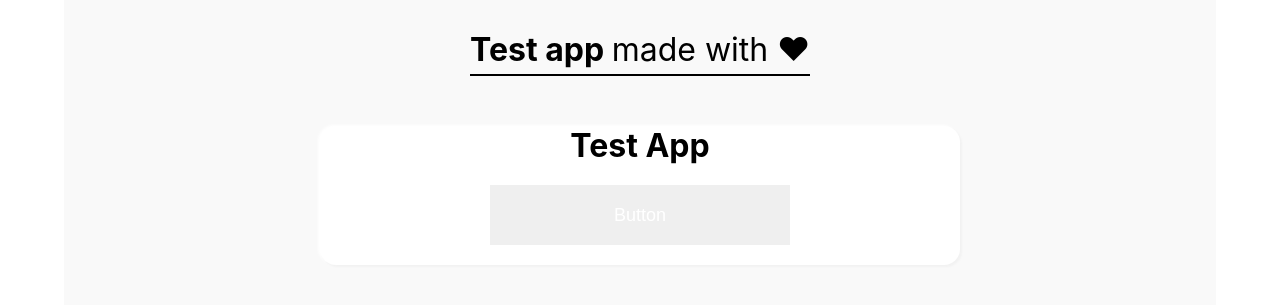
Repository: Khattak01/test-app
Page: /
An editor plug-in stored every save of this project. The page is shown before and after the next save, followed by the edit.
The browser window is 1280 px wide. The pictures show the whole page.
The project was rebuilt for these pictures with package versions that can differ from the ones it lists, and the page was loaded fresh each time.

Above is the page before, as saved 2021-05-12 07:54:51.

After the next save:
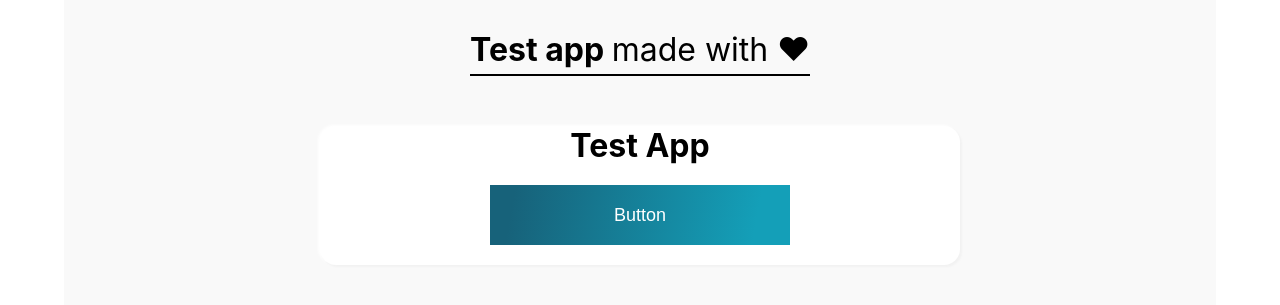
Saved 11 s later.
--- a/src/components/banner/Banner.module.css
+++ b/src/components/banner/Banner.module.css
@@ -23,7 +23,7 @@
   align-items: center;
   /* background:#1AAB8A; */
 
-  background-image: Back
+  background-image:
     linear-gradient(
       100.28537797494744deg,
       rgba(23, 98, 122, 1) 6.8671875%,

After the 2 saves that followed:
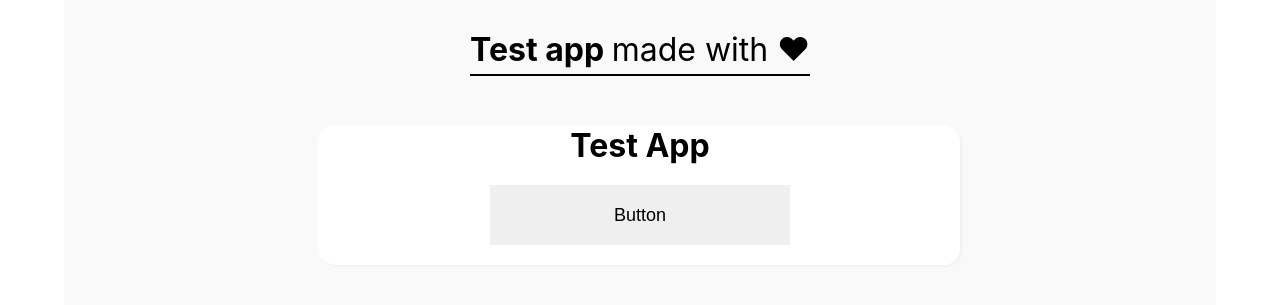
The 2 saves are shown as one change because 1 left the picture as it was.
The last was saved 84 s later.
--- a/src/components/app/App.css
+++ b/src/components/app/App.css
@@ -1,14 +1,23 @@
-.app{
-    padding: 30px 0;
-    min-height:100vh;
-    text-align: center;
+.app {
+  padding: 30px 0;
+  min-height: 100vh;
+  text-align: center;
 }
-.app > h1{
-    display:inline-block;
+.app > h1 {
+  display: inline-block;
 
-    text-align:center;
-    width: max-content;
-    padding-bottom: 5px;
-    border-bottom: 2px solid black;
-    margin-bottom: 50px;
+  text-align: center;
+  width: max-content;
+  padding-bottom: 5px;
+  border-bottom: 2px solid black;
+  margin-bottom: 50px;
 }
+
+:root {
+  --color-primary: linear-gradient(
+    100.28537797494744deg,
+    rgba(23, 98, 122, 1) 6.8671875%,
+    rgba(23, 98, 122, 1) 8.216145833333332%,
+    rgba(20, 159, 184, 1) 87.80468749999999%
+  );
+}
--- a/src/components/banner/Banner.module.css
+++ b/src/components/banner/Banner.module.css
@@ -23,13 +23,7 @@
   align-items: center;
   /* background:#1AAB8A; */
 
-  background-image:
-    linear-gradient(
-      100.28537797494744deg,
-      rgba(23, 98, 122, 1) 6.8671875%,
-      rgba(23, 98, 122, 1) 8.216145833333332%,
-      rgba(20, 159, 184, 1) 87.80468749999999%
-    );
+  background-image:var(--color-primary)
 
   color: #fff;
   border: none;
